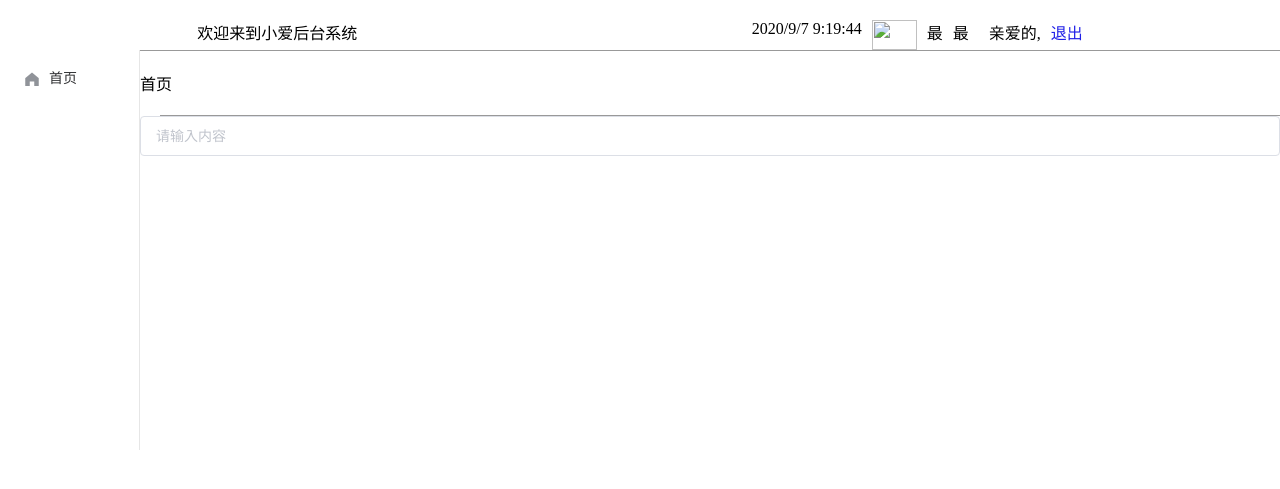
Repository: wujingwenwu/system
Page: /goods/goods
These files come from the project's save history. The page is drawn as it stood at one moment and after the next save; the edit follows.
The browser window is 1280 px wide. The pictures show the whole page.
The page's requests for data from a server got no answer. The project was rebuilt for these pictures with package versions that can differ from the ones it lists, and the page was loaded fresh each time. No one was signed in, and anything a server would have sent is missing. Also part of the build but not shown: vue.config.js, src/views/Home.vue.

Above is the page before, as saved 2020-09-07 09:55:28.

After the next save:
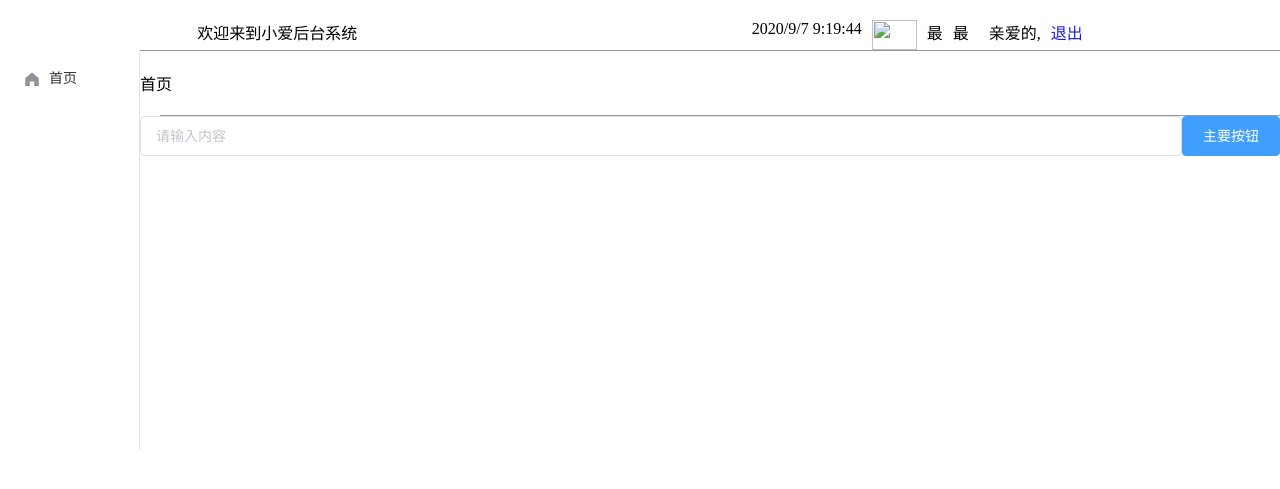
Saved 21 s later.
--- a/src/views/goods/Goods.vue
+++ b/src/views/goods/Goods.vue
@@ -7,7 +7,7 @@
   v-model="input"
   clearable>
 </el-input>
-
+<el-button type="primary">主要按钮</el-button>
  </div>
  </div>
 </template>
